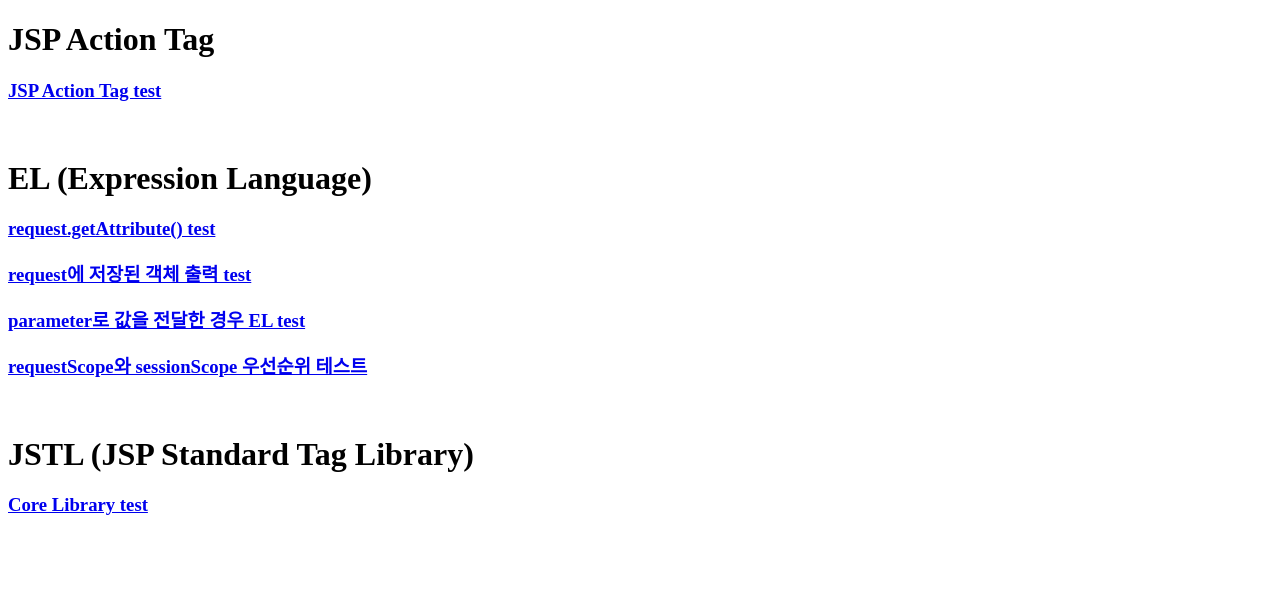
Repository: sonchanmi/JSP
Page: http://localhost/chap02-el-jstl/
These files come from the project's save history. The page is drawn as it stood at one moment and after the next save; the edit follows.
The browser window is 1280 px wide. The pictures show the whole page.
The page is served by Tomcat 10. Other server files are loaded and not shown.

Above is the page before, as saved 2024-06-11 01:00:45.

### chap02-el-jstl/src/main/webapp/index.jsp
<%@ page language="java" contentType="text/html; charset=UTF-8"
    pageEncoding="UTF-8"%>
<!DOCTYPE html>
<html>
<head>
<meta charset="UTF-8">
<title>EL & JSTL</title>
</head>
<body>
  <h1>JSP Action Tag</h1>
  <h3><a href="views/action/testAction.jsp">JSP Action Tag test</a></h3>

  <br>

  <h1>EL (Expression Language)</h1>
  <h3><a href="test1">request.getAttribute() test</a></h3>
  <h3><a href="test2">request에 저장된 객체 출력 test</a></h3>
  <h3><a href="views/el/test3.jsp?name=iphone&price=100&no=5&no=6&option=apple">parameter로 값을 전달한 경우 EL test</a></h3>
   <h3><a href="test4">requestScope와 sessionScope 우선순위 테스트</a></h3>
  <br>

  <h1>JSTL (JSP Standard Tag Library)</h1>
  <h3><a href="views/jstl/testjstlCore.jsp">Core Library test</h3>
</body>
</html>

After the next save:
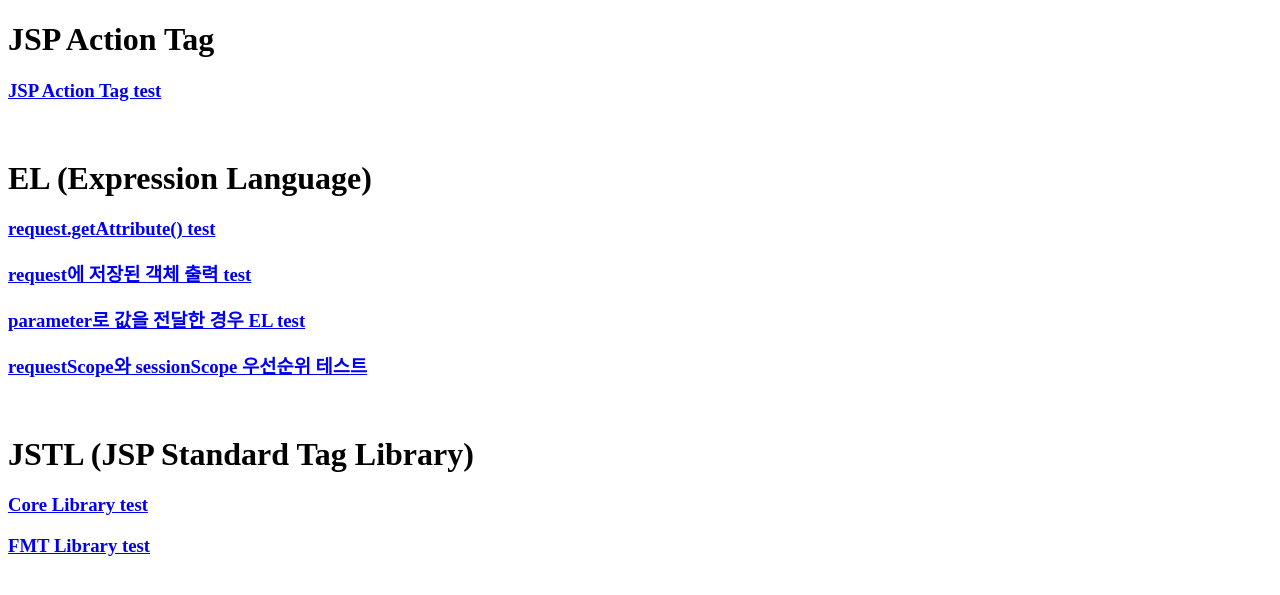
Saved 2 min 11 s later.
--- a/chap02-el-jstl/src/main/webapp/index.jsp
+++ b/chap02-el-jstl/src/main/webapp/index.jsp
@@ -21,5 +21,6 @@
 
   <h1>JSTL (JSP Standard Tag Library)</h1>
   <h3><a href="views/jstl/testjstlCore.jsp">Core Library test</h3>
+  <h3><a href="views/jstl/testjstlCoreFtm.jsp">FMT Library test</a></h3>
 </body>
 </html>
